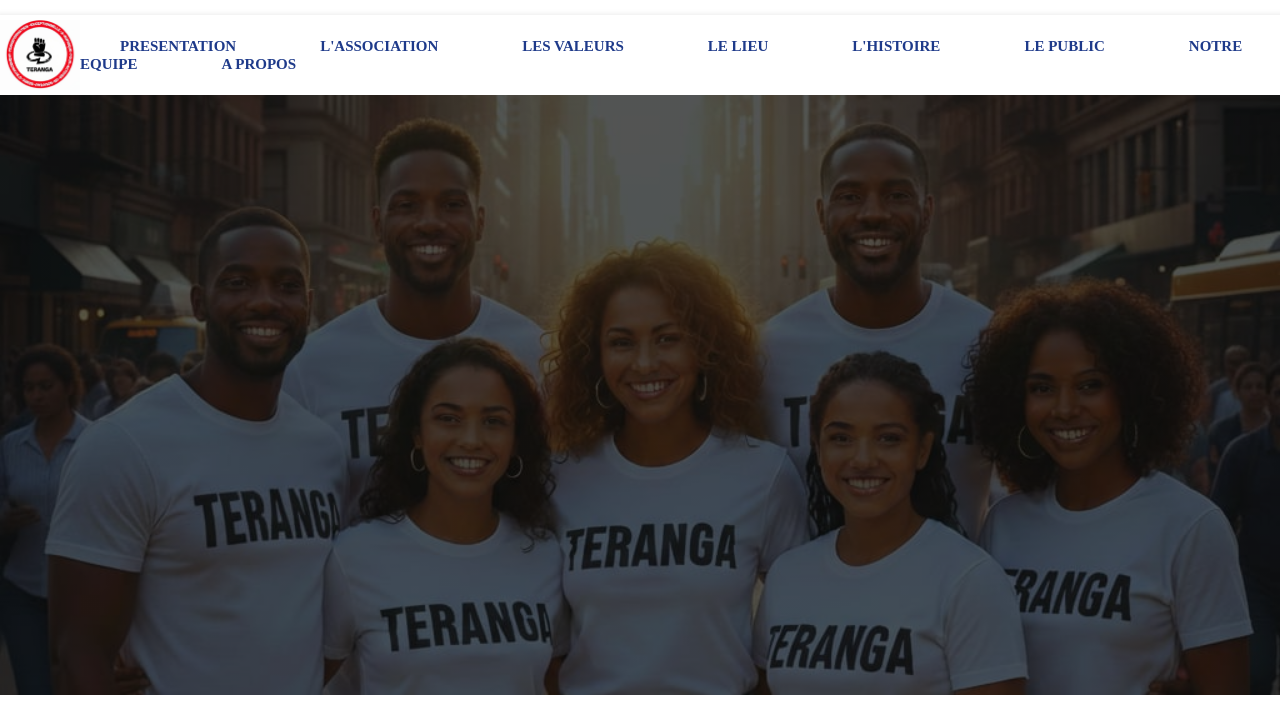
Repository: assanendao171/projet-teranga
Page: presentation.html
These files come from the project's save history. The page is drawn as it stood at one moment and after the next save; the edit follows.
The browser window is 1280 px wide. The pictures show the whole page.

Above is the page before, as saved 2026-02-11 12:04:28.

### presentation.html
<!DOCTYPE html>
<html lang="en">
<head>
    <meta charset="UTF-8">
    <meta name="viewport" content="width=device-width, initial-scale=1.0">
    <title>Document</title>
    <link rel="stylesheet" href="presentation.css">
</head>
<body>
<!-- l'entete -->
 <header>
        <!-- logo -->
<img src="image/logo.jpeg" alt="" class="logo">
<div class="btn-nav">

    <nav>

<a href="presentation.html" target="_blank">PRESENTATION</a>
<a href="association.html" target="_blank">L'ASSOCIATION</a>
<a href="valeur.html" target="_blank">LES VALEURS</a>
<a href="lieu.html" target="_blank">LE LIEU</a>
<a href="histoire.html" target="_blank">L'HISTOIRE</a>
<a href="public.html" target="_blank">LE PUBLIC</a>
<a href="equipe.html" target="_blank">NOTRE EQUIPE</a>
<a href="propos.html" target="_blank">A PROPOS</a>
    </nav>
</div>
 </header>
 <!-- le hero -->
  <div class="hero">
<div class="texte-accrosse">

</div>
  </div>
 <!-- le corps -->
  <main></main>
  <!-- le pieds -->
   <footer></footer>
</body>
</html>

### presentation.css
body{
    margin: 15px 0 5px 0;
}
header{
width: 100%;
height: 80px;
background-color: #FFFFFF;
box-shadow: 2px 6px 6px 6px rgba(0, 0, 0, 0.1);
display: flex;
align-items: center;
justify-content: center;
}
nav a{
    margin: 40px;
    color: #1E3A8A;
    text-decoration: none;
    font-size: 15px;
    font-weight:900;
}
nav a:hover{
    text-decoration: underline;
}
.logo{
    width: 80px;
left: 10px;
}
.hero{
  width:100%;
  height:600px ;
  background-image:
    linear-gradient(rgba(0, 0, 0, 0.6), rgba(0, 0, 0, 0.6)),
    url("image/background.jpeg");
  background-size: cover;
  background-position: top;
  background-repeat: no-repeat;
}

After the next save:
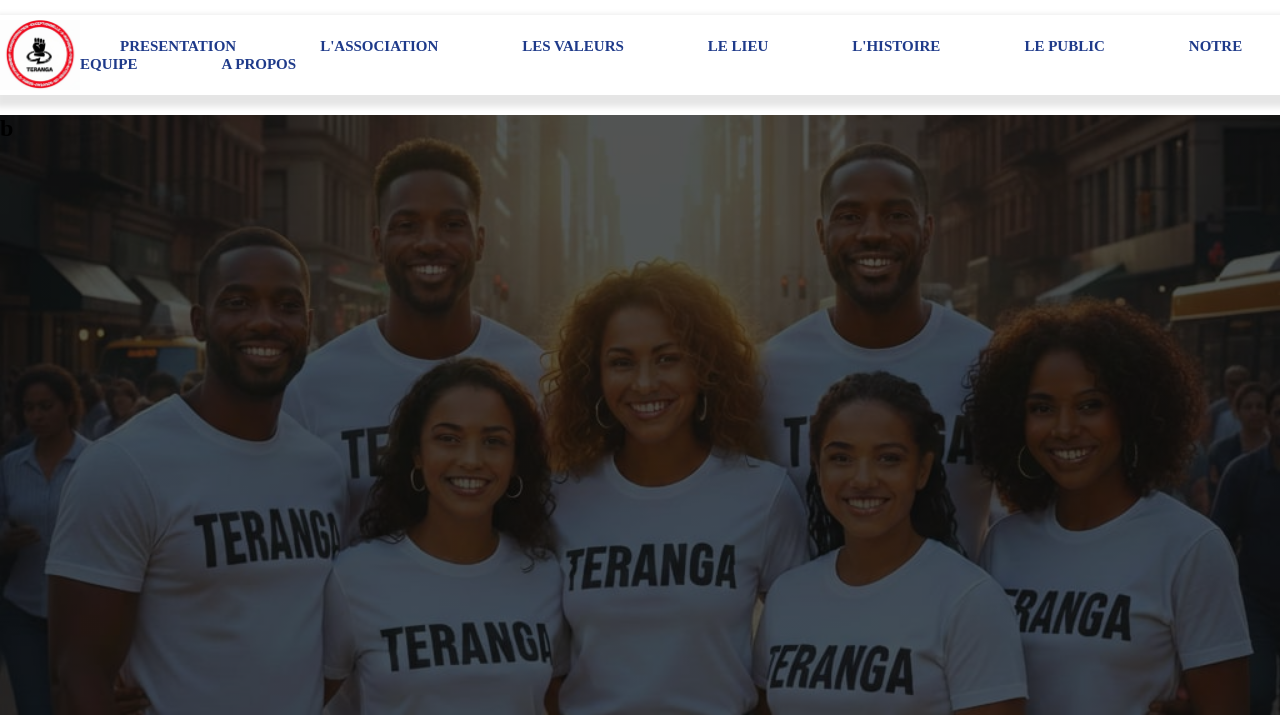
Saved 18 s later.
--- a/presentation.html
+++ b/presentation.html
@@ -29,6 +29,7 @@
  <!-- le hero -->
   <div class="hero">
 <div class="texte-accrosse">
+    <h2>b</h2>
 
 </div>
   </div>
